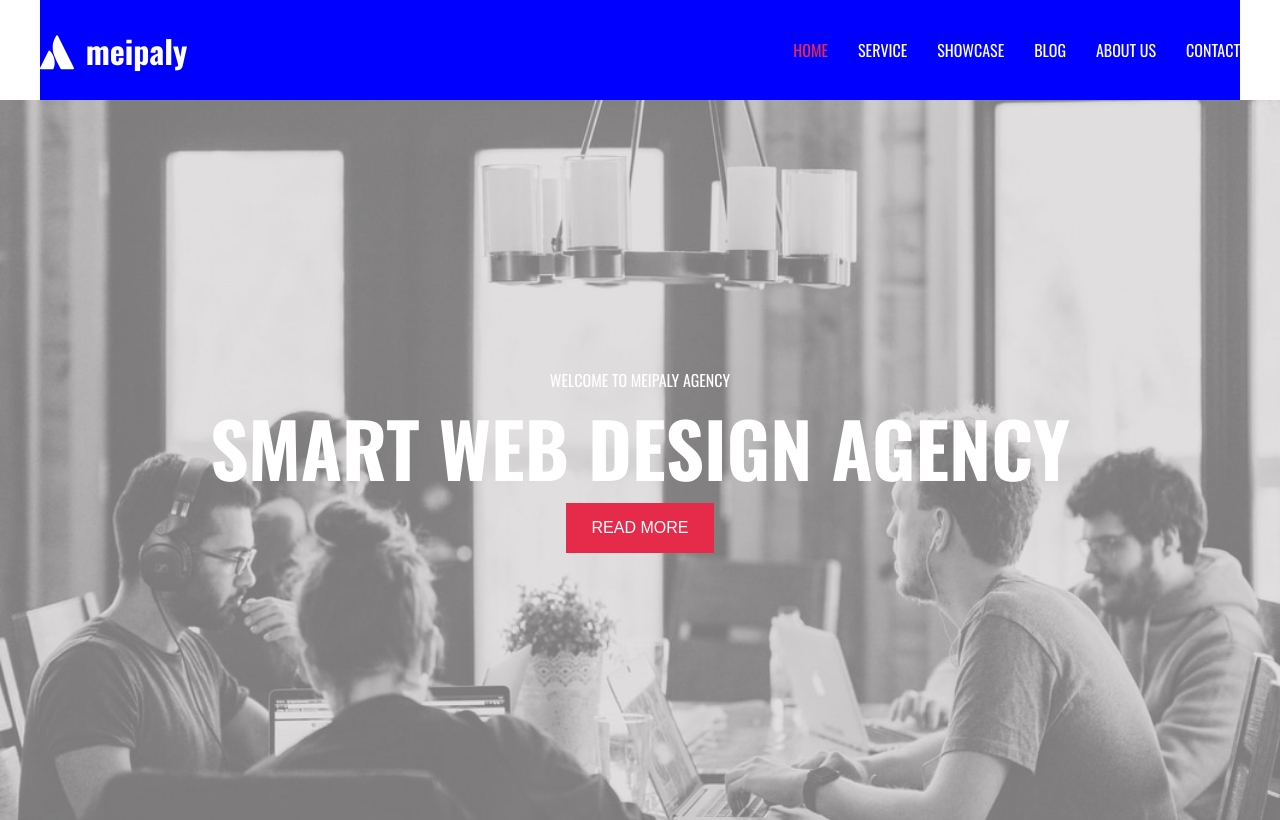
Repository: trminhphuc1504/meipaly
Page: meipaly.html
The author's editor kept a copy of each file at every save. The page is drawn from the files as they stood at one save, then again after the next save.
The browser window is 1280 px wide. The pictures show the whole page.
Some web libraries are served in a nearby version.

Above is the page before, as saved 2024-08-18 22:52:04.

After the next save:
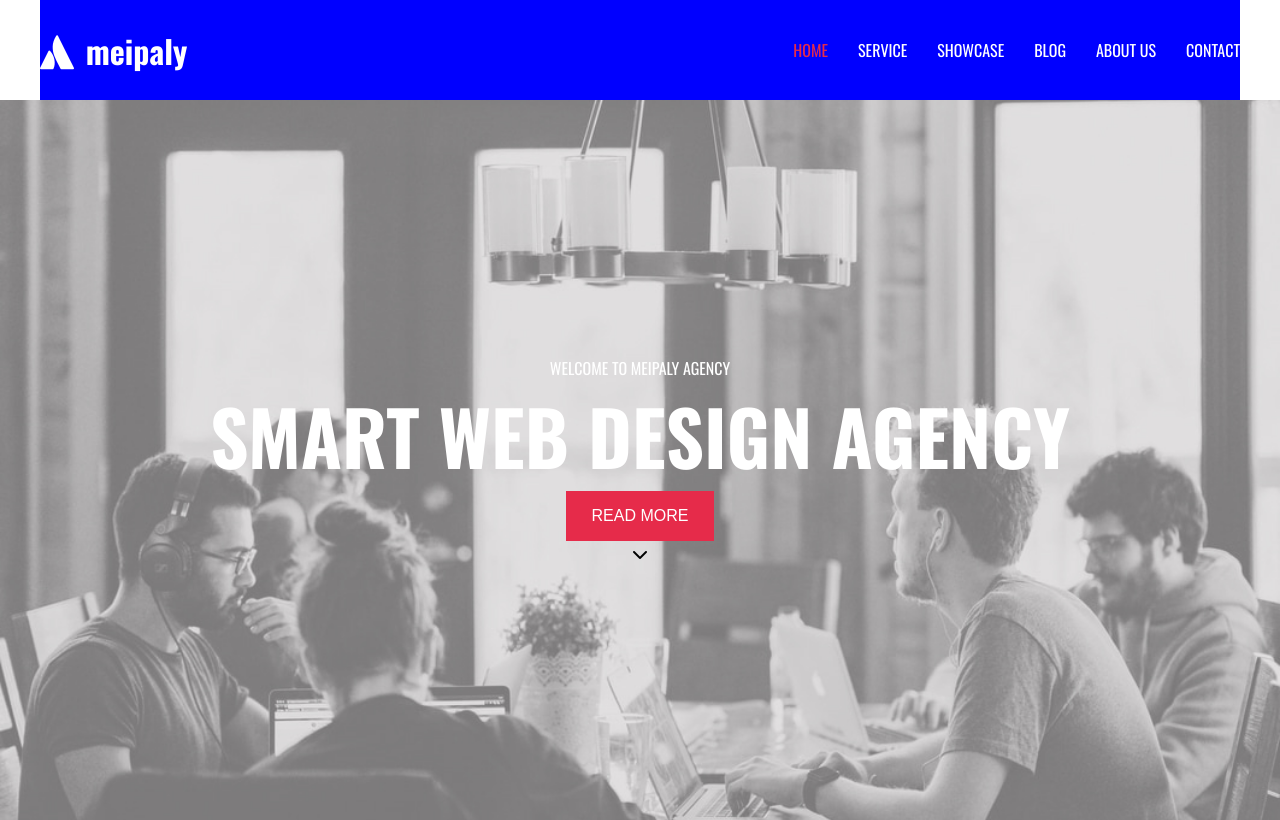
Saved 4 s later.
--- a/meipaly.html
+++ b/meipaly.html
@@ -49,7 +49,7 @@
           <h1 class="banner-title">SMART WEB
             DESIGN AGENCY</h1>
             <button class="banner-btn">Read More</button>
-            <div></div>
+            <div><i class="fa-solid fa-chevron-down"></i></div>
         </p>
       </div>
     </section>
